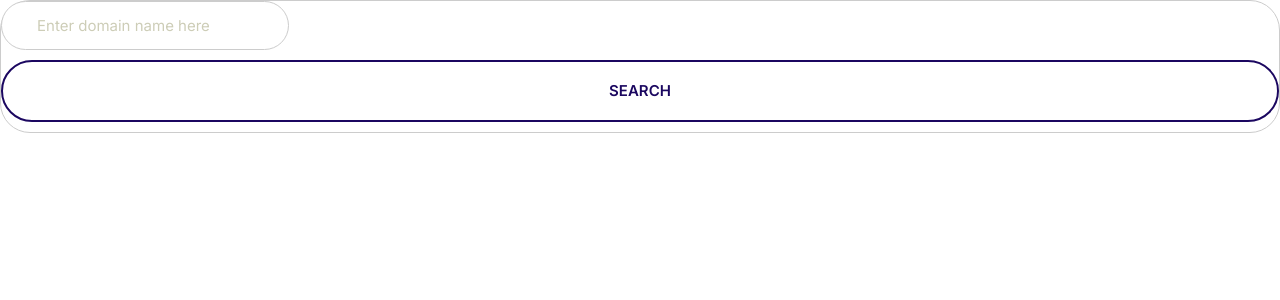
Repository: Qiwenweiii/CodeWithMosh
Page: index.html
An editor plug-in stored every save of this project. The page is shown before and after the next save, followed by the edit.
The browser window is 1280 px wide. The pictures show the whole page.

Above is the page before, as saved 2021-11-11 21:30:44.

After the next save:
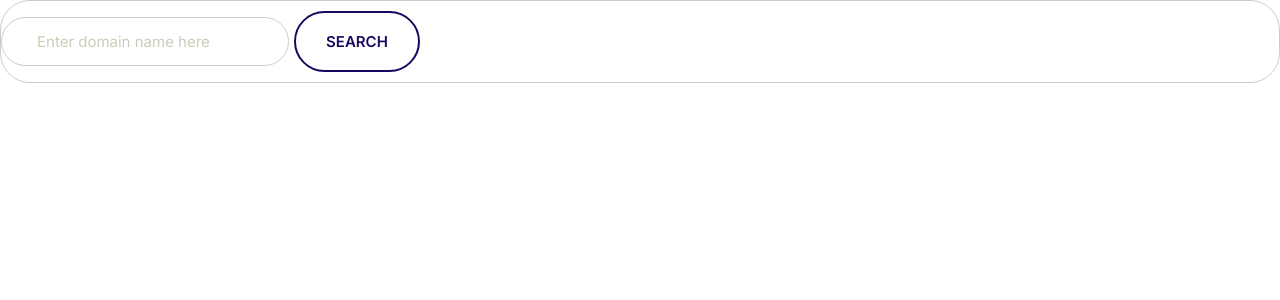
Saved 12 s later.
--- a/index.html
+++ b/index.html
@@ -16,7 +16,7 @@
 <body>
     <div class="input-group">
         <input type="text" class="input" placeholder="Enter domain name here" />
-        <button class="btn btn--outline btn--block">Search</button>
+        <button class="btn btn--outline">Search</button>
     </div>
 </body>
 
